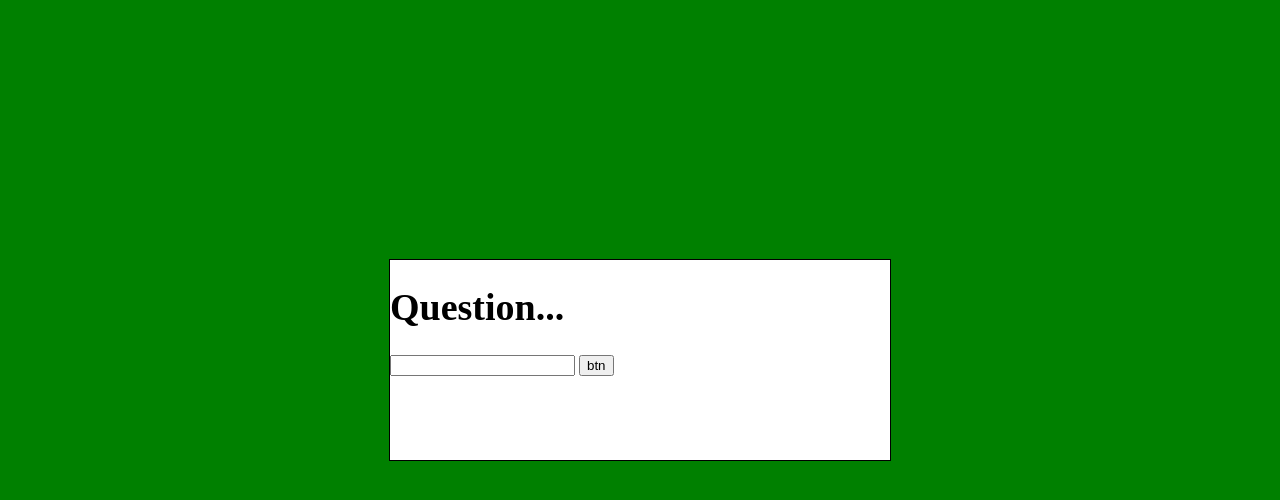
Repository: Joseph061200/Dynamic_Lab2
Page: joseph.html
These files come from the project's save history. The page is drawn as it stood at one moment and after the next save; the edit follows.
The browser window is 1280 px wide. The pictures show the whole page.

Above is the page before, as saved 2020-02-20 14:11:08.

### joseph.html
<!DOCTYPE html>
<html>
    <head>
        <title>Joseph</title>
        <link rel="stylesheet" href="joseph.css">
    </head>
    <body>
        <div class="app">
            <div class="pop_up question">
                <h1 class="h1">Question...</h1>
                <div>
                    <input type="Enter Your Answer Here">
                    <button>btn</button>
                </div>
            </div>
        </div>
        <script src="joseph.js"></script>
    </body>
</html>

### joseph.css
body,html {
    margin: 0;
}
.app{
    width: 100vw;
    height: 100vh;
    display: flex;
    justify-content: center;
    align-items: center;
    background-color: green;
}
.pop_up{
    width: 500px;
    height: 200px;
    border: solid 1px black;
    display: flex;
    flex-direction: column;
    background-color: white;

}
h1 {
    font-size: 38px;
}

Loaded but not shown: joseph.js (no copy from this time; the picture is the same without it)

After the next save:
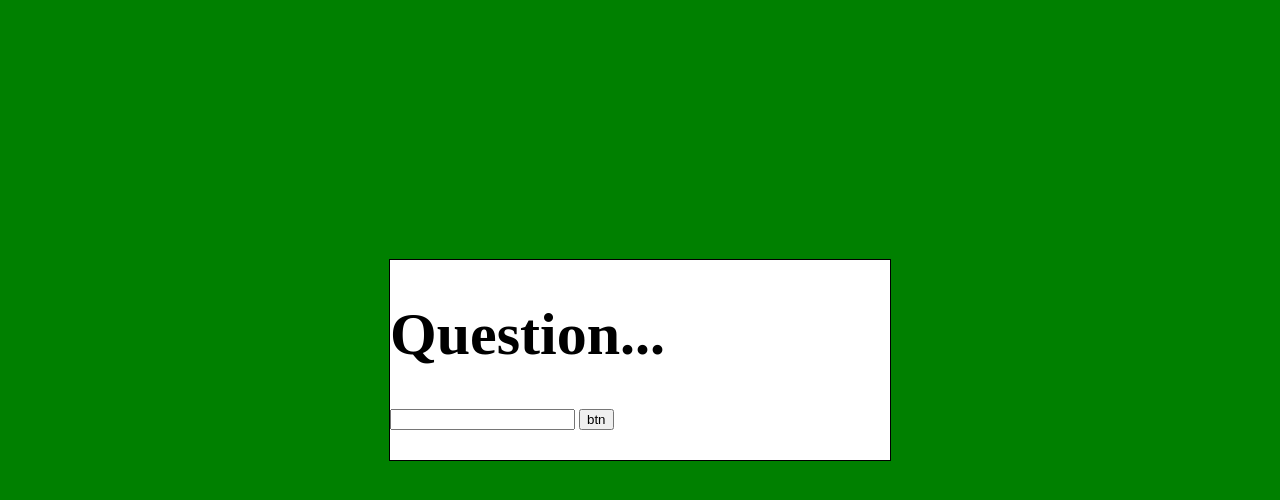
Saved 6 s later.
--- a/joseph.css
+++ b/joseph.css
@@ -19,5 +19,5 @@ body,html {
 
 }
 h1 {
-    font-size: 38px;
+    font-size: 60px;
 }
